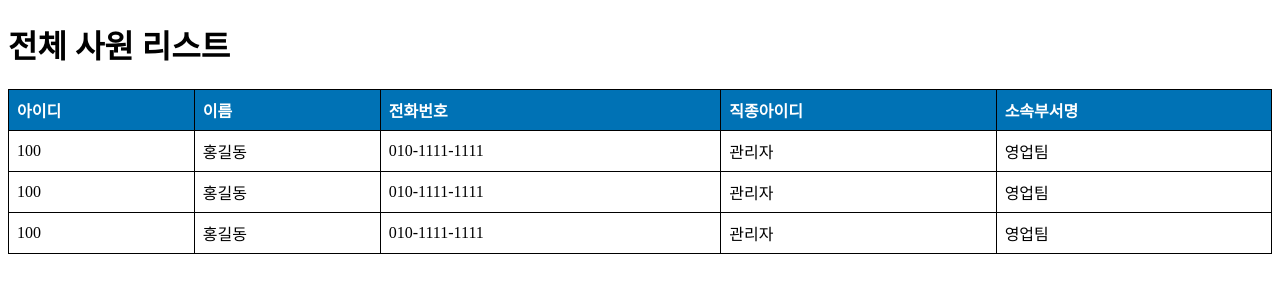
Repository: benpark0613/basic
Page: http://localhost/sample/hr/emp/list.jsp
The author's editor kept a copy of each file at every save. The page is drawn from the files as they stood at one save, then again after the next save.
The browser window is 1280 px wide. The pictures show the whole page.
The page is served by Tomcat 9. Other server files are loaded and not shown.

Above is the page before, as saved 2021-11-12 00:18:47.

### HR_app/sample/src/main/webapp/hr/emp/list.jsp
<%@ page language="java" contentType="text/html; charset=UTF-8"
    pageEncoding="UTF-8"%>
<!DOCTYPE html>
<html>
<head>
<meta charset="UTF-8">
<link rel="stylesheet" href="../../resources/css/style.css">
<title>사원정보 관리::리스트</title>
</head>
<body>
	<h1>전체 사원 리스트</h1>

	<table>
		<thead>
			<tr>
				<th>아이디</th>
				<th>이름</th>
				<th>전화번호</th>
				<th>직종아이디</th>
				<th>소속부서명</th>
			</tr>
		</thead>
		<tbody>
			<tr>
				<td>100</td>
				<td>홍길동</td>
				<td>010-1111-1111</td>
				<td>관리자</td>
				<td>영업팀</td>
			</tr>
			<tr>
				<td>100</td>
				<td>홍길동</td>
				<td>010-1111-1111</td>
				<td>관리자</td>
				<td>영업팀</td>
			</tr>
			<tr>
				<td>100</td>
				<td>홍길동</td>
				<td>010-1111-1111</td>
				<td>관리자</td>
				<td>영업팀</td>
			</tr>
		</tbody>
	</table>
</body>
</html>

### HR_app/sample/src/main/webapp/resources/css/style.css
@charset "UTF-8";

* {
	box-sizing: border-box;
}

div {
	margin: 10px 0;
	padding: 10px;
}

table {
	width: 100%;
	border-collapse: collapse;
}

th, td {
	padding: 8px;
	text-align: left;
	border: 1px solid black;
}

thead th {
	background-color: #0072B5;
	color: white;
	font-weight: bolder;
}

.text-center {
	text-align: center;
}
.text-left {
	text-align: left;
}
.text-right {
	text-align: right;
}
.form-group {
	margin-bottom: 10px;
}
.form-group label {
	display: block;
	font-weight: bold;
	margin-bottom: 5px;
}
.form-group input[type='text'],
	.form-group input[type='password'],
	.form-group input[type='number'],
	.form-group input[type='date'] {
		height: 30px;
		width: 100%;
		padding-left: 8px
}
.form-group select {
	height: 37px;
	width: 100%;
}
.form-group select {
	padding-left: 8px
}
.btn {
	padding: 7px 25px;
    font-weight: bold;
    border: 1px solid black;
    font-size: 17px;
    background-color: white;
}
.well {
	background-color: #eee;
	border: 1px solid #ddd;
}

After the next save:
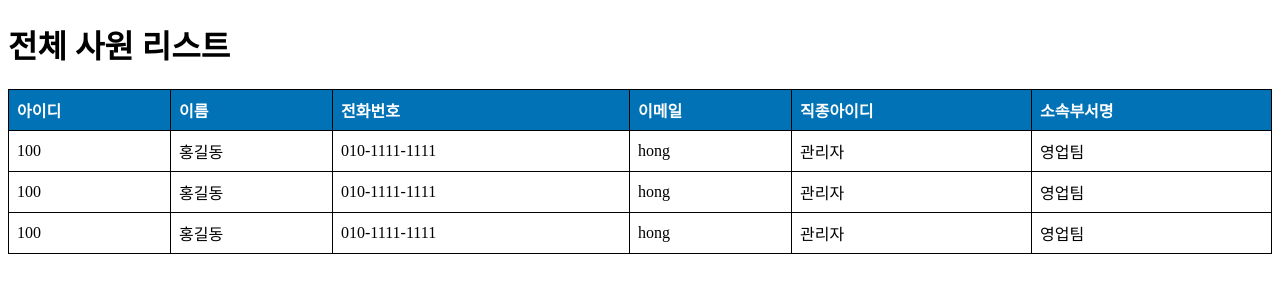
Saved 92 s later.
--- a/HR_app/sample/src/main/webapp/hr/emp/list.jsp
+++ b/HR_app/sample/src/main/webapp/hr/emp/list.jsp
@@ -16,6 +16,7 @@
 				<th>아이디</th>
 				<th>이름</th>
 				<th>전화번호</th>
+				<th>이메일</th>
 				<th>직종아이디</th>
 				<th>소속부서명</th>
 			</tr>
@@ -25,6 +26,7 @@
 				<td>100</td>
 				<td>홍길동</td>
 				<td>010-1111-1111</td>
+				<td>hong</td>
 				<td>관리자</td>
 				<td>영업팀</td>
 			</tr>
@@ -32,6 +34,7 @@
 				<td>100</td>
 				<td>홍길동</td>
 				<td>010-1111-1111</td>
+				<td>hong</td>
 				<td>관리자</td>
 				<td>영업팀</td>
 			</tr>
@@ -39,6 +42,7 @@
 				<td>100</td>
 				<td>홍길동</td>
 				<td>010-1111-1111</td>
+				<td>hong</td>
 				<td>관리자</td>
 				<td>영업팀</td>
 			</tr>
